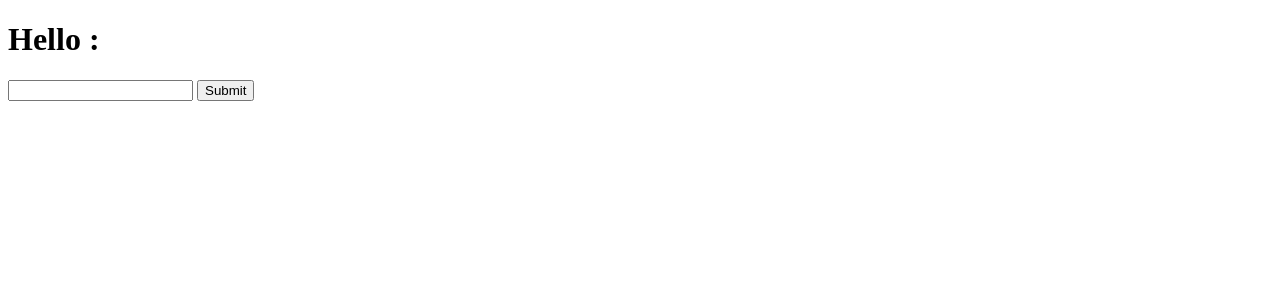
Repository: imrangthub/BlogUsingCoreJava
Page: http://localhost/StartingJsp_00/ExpressionLanguageOfJsp/templateText.jsp
An editor plug-in stored every save of this project. The page is shown before and after the next save, followed by the edit.
The browser window is 1280 px wide. The pictures show the whole page.
The page is served by Tomcat 9.

Above is the page before, as saved 2016-12-25 12:57:05.

After the next save:
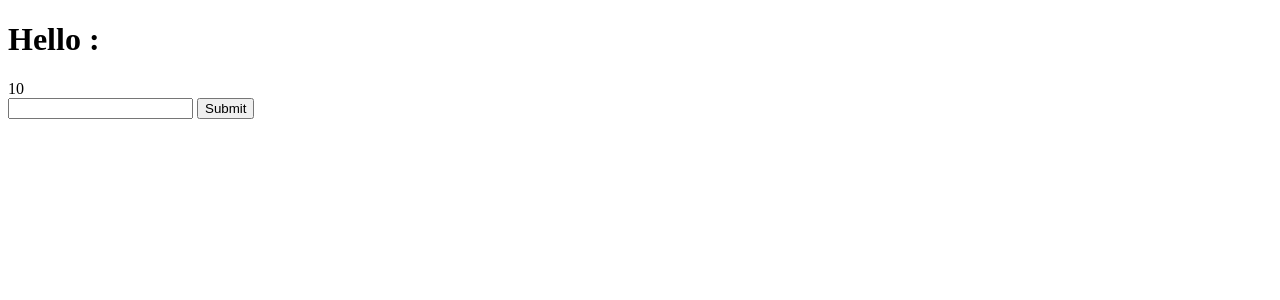
Saved 3 min 15 s later.
--- a/StartingJsp_00/WebContent/ExpressionLanguageOfJsp/templateText.jsp
+++ b/StartingJsp_00/WebContent/ExpressionLanguageOfJsp/templateText.jsp
@@ -11,6 +11,7 @@
 
 
 <h1>Hello : ${param['userName'] }</h1>
+${10 }
 
 <form action="templateText.jsp" method="post">
 

After the save that followed:
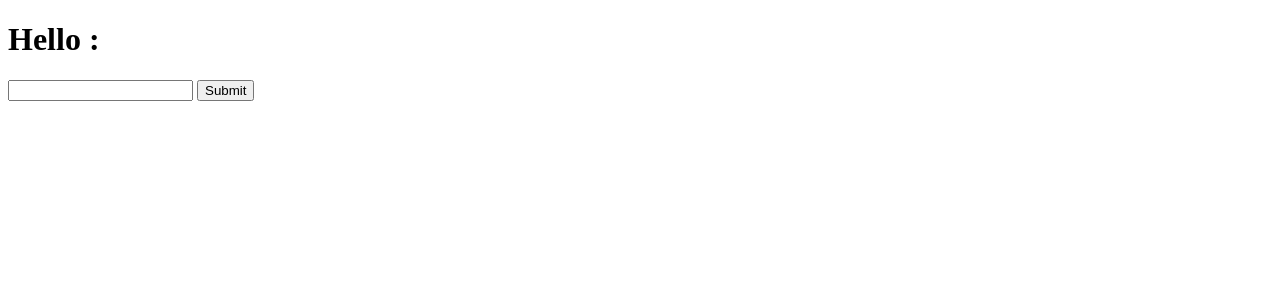
Saved 36 s later.
--- a/StartingJsp_00/WebContent/ExpressionLanguageOfJsp/templateText.jsp
+++ b/StartingJsp_00/WebContent/ExpressionLanguageOfJsp/templateText.jsp
@@ -11,7 +11,7 @@
 
 
 <h1>Hello : ${param['userName'] }</h1>
-${10 }
+${param['10'] }
 
 <form action="templateText.jsp" method="post">
 
